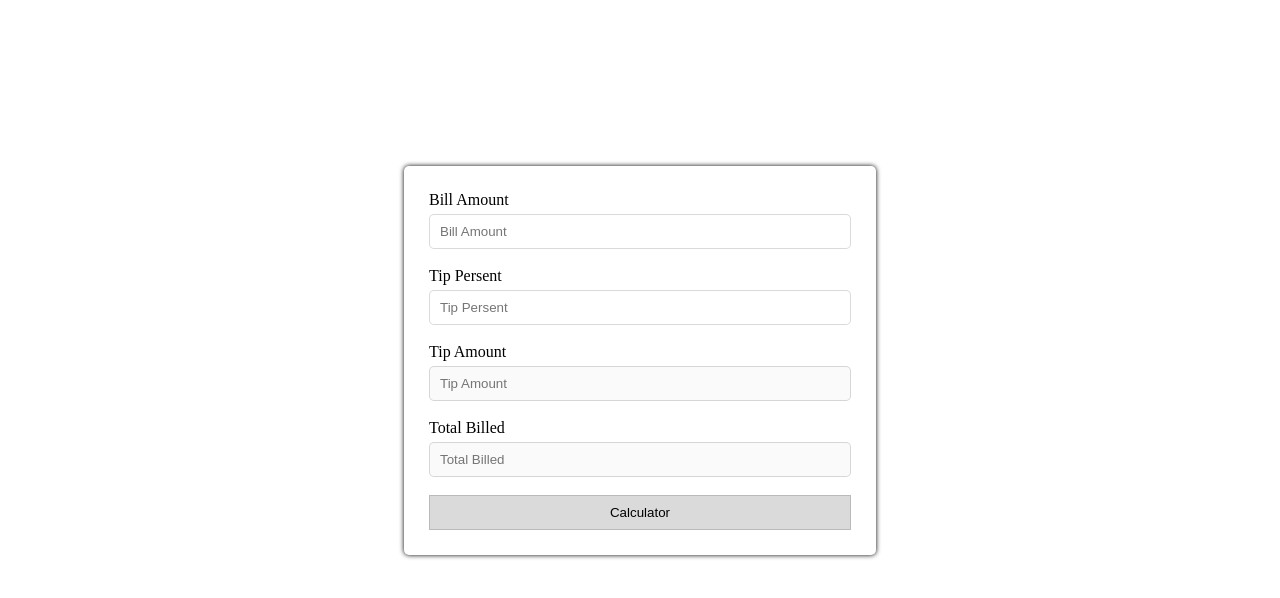
Repository: ZainAkbar51214/Tip-Calculator
Page: index.html
An editor plug-in stored every save of this project. The page is shown before and after the next save, followed by the edit.
The browser window is 1280 px wide. The pictures show the whole page.
The style sheet was rebuilt from its Sass, Less or Tailwind sources for each picture, by a compiler version that may differ from the author's.

Above is the page before, as saved 2024-03-25 10:34:20.

### index.html
<!DOCTYPE html>
<html lang="en">

<head>
    <meta charset="UTF-8">
    <meta name="viewport" content="width=device-width, initial-scale=1.0">
    <title>Tip Calculator</title>
    <!-- css custom link -->
    <link rel="stylesheet" href="css/style.css">
</head>

<body>
    <div class="container">
        <div class="row">
            <div class="col">
                <div class="calculator">
                    <label>Bill Amount</label>
                    <input type="text" placeholder="Bill Amount" name="" id="tip_amount">
                    <br>
                    <label>Tip Persent</label>
                    <input type="text" name="" placeholder="Tip Persent" id="tip_persent">
                    <br>
                    <label>Tip Amount</label>
                    <input type="text"  name="" placeholder="Tip Amount" id="tip_total" disabled>
                    <br>
                    <label>Total Billed</label>
                    <input type="text" name="" placeholder="Total Billed" id="total_billed" disabled>
                    <br>
                    <button class="btn" onclick="tipCalculate()">Calculator</button>
                </div>
            </div>
        </div>
    </div>


    <script src="js/calculate.js"></script>
</body>

</html>

### css/style.scss
* {
    margin: 0;
    padding: 0;
    box-sizing: border-box;
}

.container {
    width: 100%;
    max-width: 1350px;
    margin: auto;
    height: 100vh;
    display: flex;
    align-items: center;
    justify-content: center;

    .row {
        display: flex;
        flex-wrap: wrap;
        margin-left: -20px;
        margin-right: -20px;
        width: 100%;

        .col {
            flex: 0 0 40%;
            margin: auto;
            padding: 20px;

            .calculator {
                display: flex;
                flex-direction: column;
                box-shadow: 0 0 5px 0 black;
                padding: 25px;
                border-radius: 5px;

                label {
                    margin-bottom: 5px;
                }

                input {
                    height: 35px;
                    border-radius: 5px;
                    border: 1px solid #00000025;
                    padding: 0 10px;


                    &:focus {
                        border: 1px solid #00000025 !important;
                        outline: none;
                    }
                }

                button {
                    background-color: #00000025;
                    border: 1px solid #00000025;
                    cursor: pointer;
                    height: 35px;
                }
            }
        }
    }
}

Loaded but not shown: js/calculate.js (no stored copy; drawn as an empty file)

After the next save:
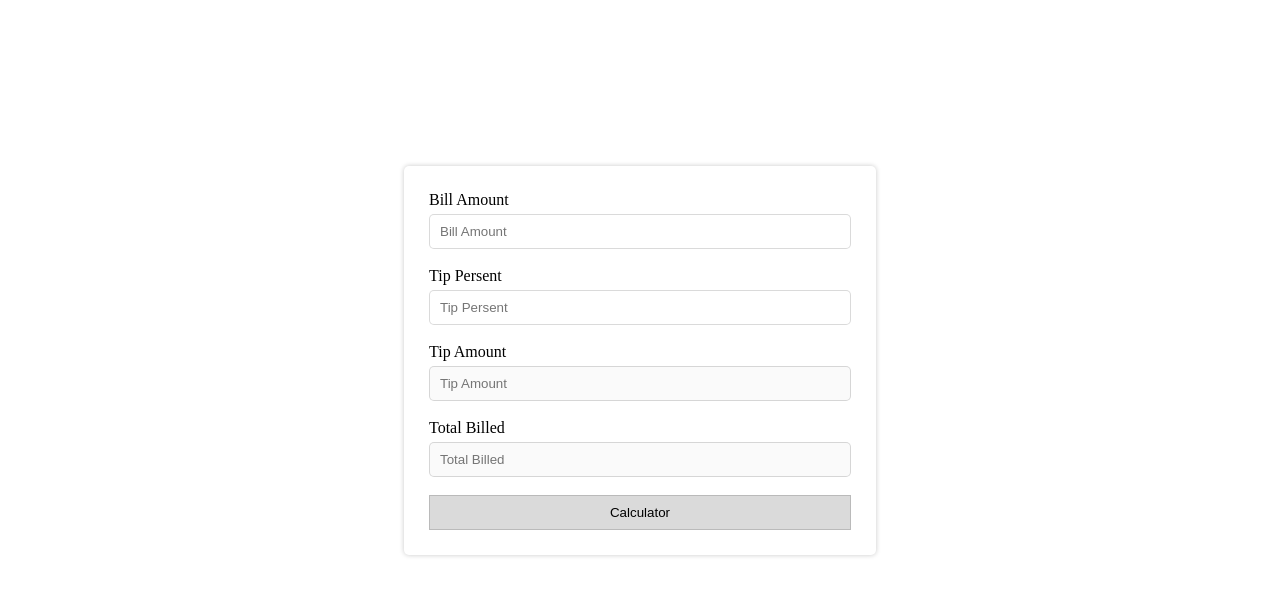
Saved 8 s later.
--- a/css/style.scss
+++ b/css/style.scss
@@ -28,7 +28,7 @@
             .calculator {
                 display: flex;
                 flex-direction: column;
-                box-shadow: 0 0 5px 0 black;
+                box-shadow: 0 0 5px 0 rgba(0, 0, 0, 0.219);
                 padding: 25px;
                 border-radius: 5px;
 
